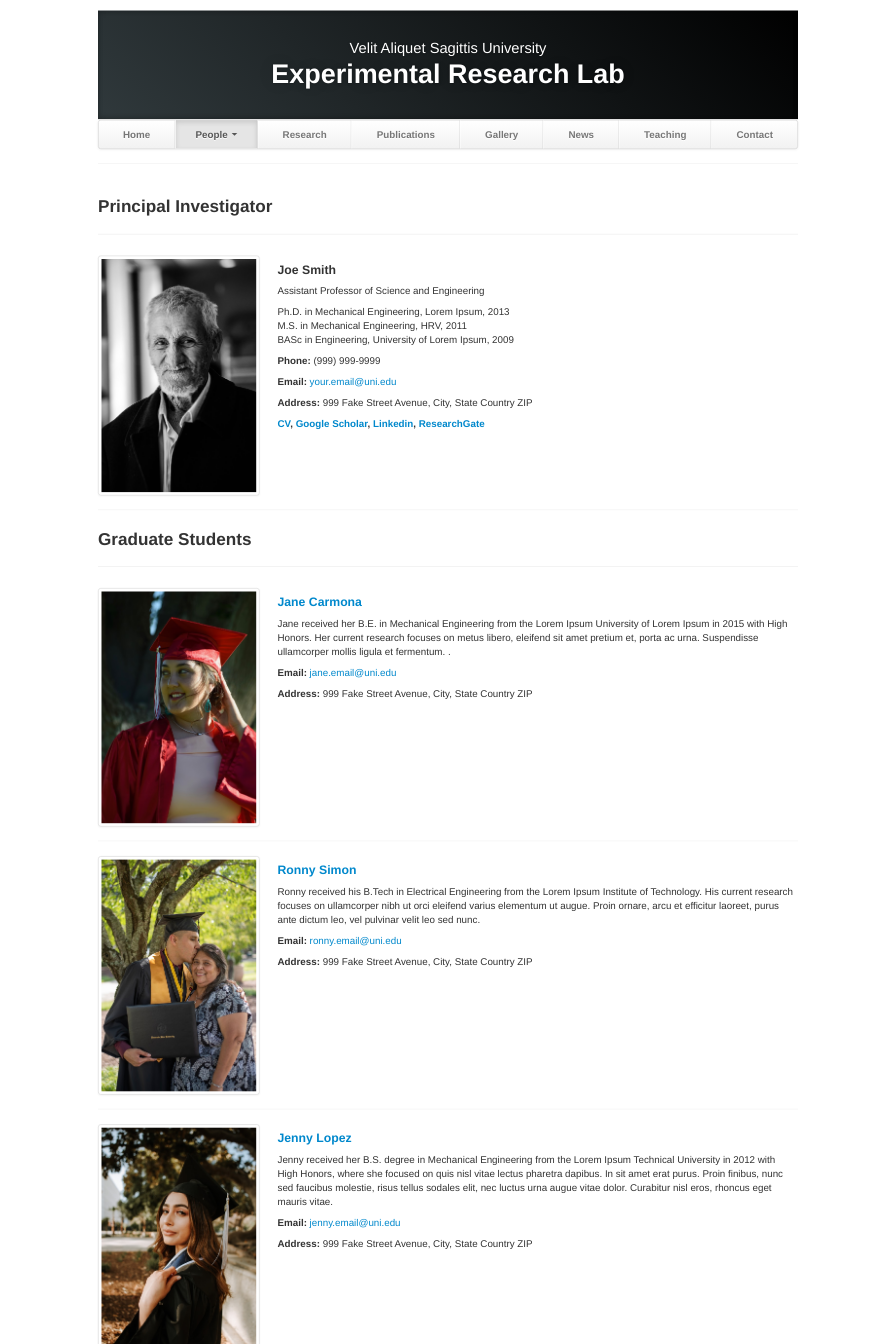
Repository: IAEUC/iaeuc.github.io
Page: people.html
The author's editor kept a copy of each file at every save. The page is drawn from the files as they stood at one save, then again after the next save.
The browser window is 1280 px wide. The pictures show the part of the page from y = 0 to 1920 px (the page is 5306 px tall before and 5319 px after), at 70% of full size.
Pictures or frames that could not be fetched are drawn as grey boxes.

Above is the page before, as saved 2025-08-07 17:44:40.

After the next save:
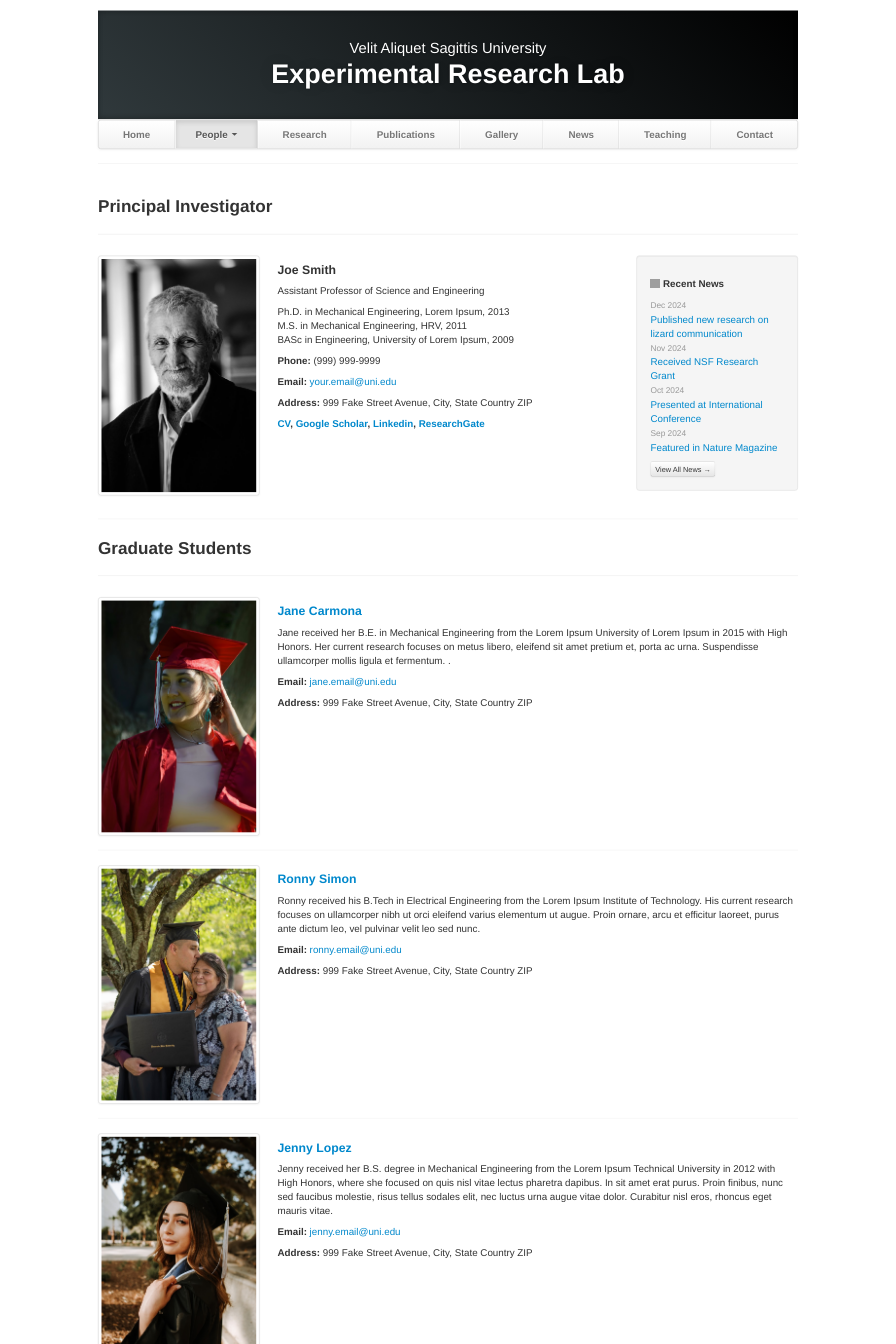
Saved 3 min 15 s later.
--- a/people.html
+++ b/people.html
@@ -57,7 +57,7 @@
                         <img src="thumbs/prof-photo2.jpg" alt="Joe Smith"/>
                         </a>
                      </div>
-                     <div class="span9">
+                     <div class="span6">
                         <h4>Joe Smith</h4>
                         <p>Assistant Professor of Science and Engineering</p>
                         <p>Ph.D. in Mechanical Engineering, Lorem Ipsum, 2013<br/>M.S. in Mechanical Engineering, HRV, 2011<br/>BASc in Engineering, University of Lorem Ipsum, 2009</p>
@@ -65,6 +65,30 @@
                         <p><b>Email: </b><a href="mailto:your.email@uni.edu">your.email@uni.edu</a></p>
                         <p><b>Address: </b>999 Fake Street Avenue, City, State Country ZIP</p>
                         <p><b><a href="https://www.myperfectcv.co.uk/cv-examples/chemistry-lab-technician-cv-sample">CV</a>, <a href="http://scholar.google.com">Google Scholar</a>, <a href="https://www.linkedin.com">Linkedin</a>, <a href="http://www.researchgate.net">ResearchGate</a></b></p>
+                     </div>
+                     <div class="span3">
+                        <div class="well">
+                           <h5><i class="icon-bullhorn"></i> Recent News</h5>
+                           <ul class="unstyled">
+                              <li>
+                                 <small class="muted">Dec 2024</small><br/>
+                                 <a href="#" class="small">Published new research on lizard communication</a>
+                              </li>
+                              <li>
+                                 <small class="muted">Nov 2024</small><br/>
+                                 <a href="#" class="small">Received NSF Research Grant</a>
+                              </li>
+                              <li>
+                                 <small class="muted">Oct 2024</small><br/>
+                                 <a href="#" class="small">Presented at International Conference</a>
+                              </li>
+                              <li>
+                                 <small class="muted">Sep 2024</small><br/>
+                                 <a href="#" class="small">Featured in Nature Magazine</a>
+                              </li>
+                           </ul>
+                           <a href="news.html" class="btn btn-mini">View All News →</a>
+                        </div>
                      </div>
                   </div>
                </section>
